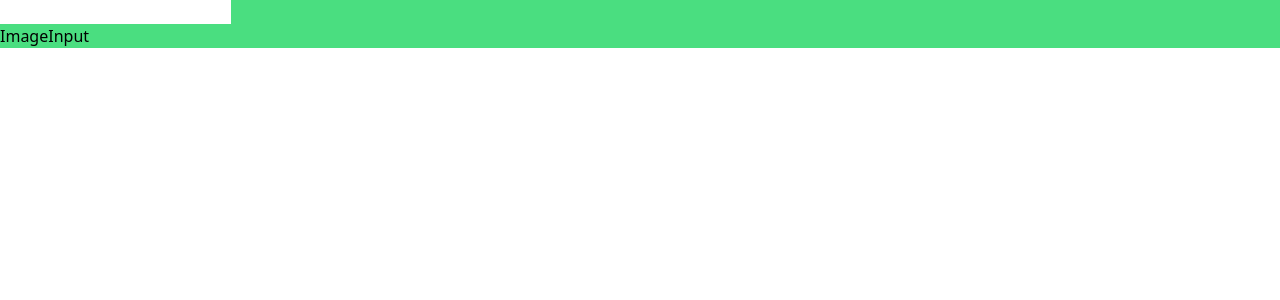
Repository: Marhamat92/booksappwithcontext
Page: /
These files come from the project's save history. The page is drawn as it stood at one moment and after the next save; the edit follows.
The browser window is 1280 px wide. The pictures show the whole page.
The project was rebuilt for these pictures with package versions that can differ from the ones it lists, and the page was loaded fresh each time. Also part of the build but not shown: src/App.css.

Above is the page before, as saved 2022-12-07 13:49:50.

After the next save:
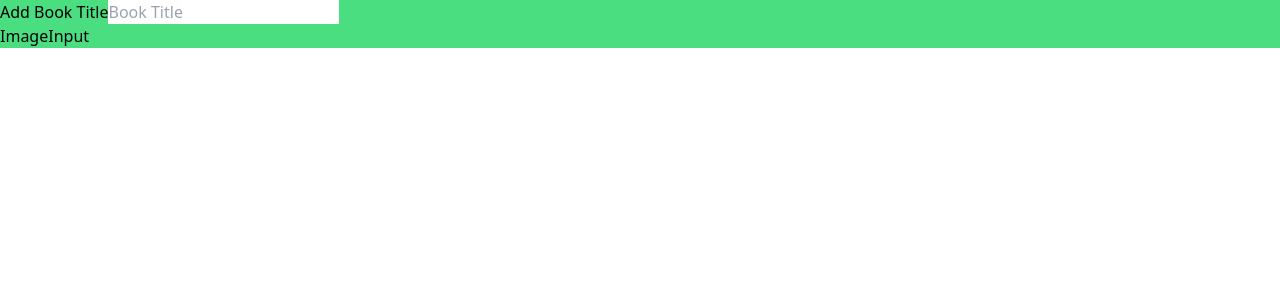
Saved 62 s later.
--- a/src/App.tsx
+++ b/src/App.tsx
@@ -6,7 +6,7 @@ function App() {
   return (
     <div>
       <div className='bg-green-400'>
-        <TextInput />
+        <TextInput label='Add Book Title' placeholder='Book Title' />
         <ImageInput />
       </div>
     </div>
